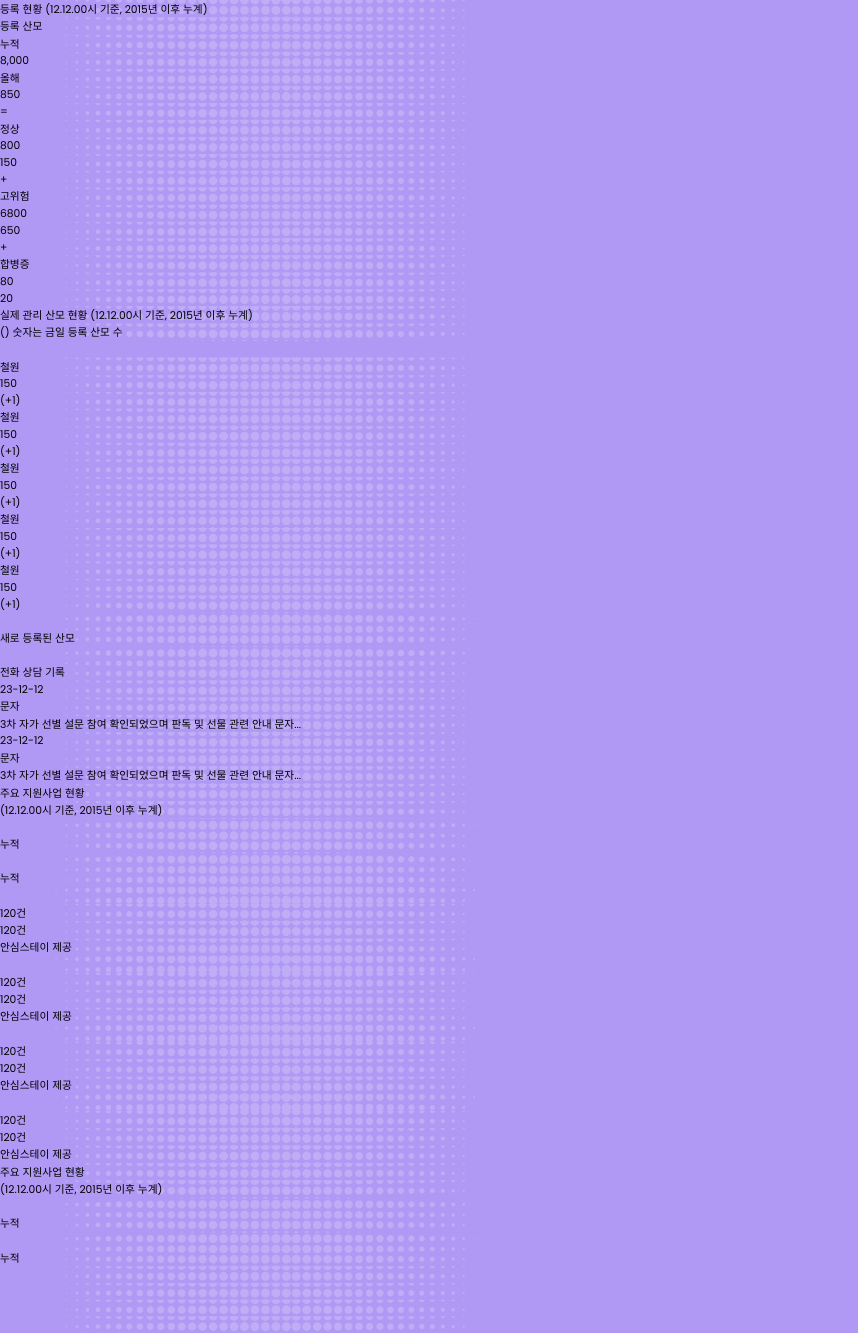
Repository: giapchicuong/Perganancy_Web
Page: index.html
These files come from the project's save history. The page is drawn as it stood at one moment and after the next save; the edit follows.
The browser window is 1280 px wide. The pictures show the whole page, at 67% of full size.

Above is the page before, as saved 2024-03-06 11:49:09.

### index.html
<!DOCTYPE html>
<html lang="en">

<head>
    <meta charset="UTF-8">
    <meta name="viewport" content="width=device-width, initial-scale=1.0">
    <title>Perganancy Web</title>
    <link rel="stylesheet" href="./assets/base.css">
    <link rel="stylesheet" href="./assets/style.css">
</head>

<body>
    <!-- .block -->
    <!-- .block__element -->
    <!-- .block__element--modifier -->
    <!-- card
    card__image
    card__description
    card__button--submit
    card__button--cancel -->
    <div class="app">
        <div class="main">
            <section class="advertising">
                <div class="advertising-left">
                    <div class="advertising-left__title">등록 현황 (12.12.00시 기준, 2015년 이후 누계)</div>
                    <div class="advertising-left__item-list">
                        <div class="advertising-left__item">
                            <div class="advertising-left__item-title">등록 산모</div>
                            <div class="advertising-left__item-desc">
                                <div class="advertising-left__item-desc-text">누적</div>
                                <div class="advertising-left__item-desc-number">8,000</div>
                            </div>
                            <div class="advertising-left__item-bottom">
                                <div class="advertising-left__item-bottom-text">올해</div>
                                <div class="advertising-left__item-bottom-number">850</div>
                            </div>
                            <div class="calculation">=</div>
                        </div>
                        <div class="advertising-left__item">
                            <div class="advertising-left__item-title">정상</div>
                            <div class="advertising-left__item-desc">
                                <div class="advertising-left__item-desc-number">800</div>
                            </div>
                            <div class="advertising-left__item-bottom">
                                <div class="advertising-left__item-bottom-number">150</div>
                            </div>
                            <div class="calculation">+</div>
                        </div>
                        <div class="advertising-left__item">
                            <div class="advertising-left__item-title">고위험</div>
                            <div class="advertising-left__item-desc">
                                <div class="advertising-left__item-desc-number">6800</div>
                            </div>
                            <div class="advertising-left__item-bottom">
                                <div class="advertising-left__item-bottom-number">650</div>
                            </div>
                            <div class="calculation">+</div>
                        </div>
                        <div class="advertising-left__item">
                            <div class="advertising-left__item-title">합병증</div>
                            <div class="advertising-left__item-desc">
                                <div class="advertising-left__item-desc-number">80</div>
                            </div>
                            <div class="advertising-left__item-bottom">
                                <div class="advertising-left__item-bottom-number">20</div>
                            </div>
                        </div>
                    </div>
                    <div class="advertising-left__title">실제 관리 산모 현황 (12.12.00시 기준, 2015년 이후 누계)</div>
                    <div class="advertising-left__desc">() 숫자는 금일 등록 산모 수</div>
                    <div class="advertising-left__map">
                        <img src="" alt="" class="advertising-left__map-image">
                        <div class="advertising-left__map-item-list-top">
                            <div class="advertising-left__map-item">
                                <div class="advertising-left__map-item-title">철원</div>
                                <div class="advertising-left__map-item-number">150</div>
                                <div class="advertising-left__map-item-desc">(+1)</div>
                            </div>
                            <div class="advertising-left__map-item">
                                <div class="advertising-left__map-item-title">철원</div>
                                <div class="advertising-left__map-item-number">150</div>
                                <div class="advertising-left__map-item-desc">(+1)</div>
                            </div>
                        </div>
                        <div class="advertising-left__map-item-list-center">
                            <div class="advertising-left__map-item">
                                <div class="advertising-left__map-item-title">철원</div>
                                <div class="advertising-left__map-item-number">150</div>
                                <div class="advertising-left__map-item-desc">(+1)</div>
                            </div>
                            <div class="advertising-left__map-item">
                                <div class="advertising-left__map-item-title">철원</div>
                                <div class="advertising-left__map-item-number">150</div>
                                <div class="advertising-left__map-item-desc">(+1)</div>
                            </div>
                        </div>
                        <div class="advertising-left__map-item-list-botom">
                            <div class="advertising-left__map-item">
                                <div class="advertising-left__map-item-title">철원</div>
                                <div class="advertising-left__map-item-number">150</div>
                                <div class="advertising-left__map-item-desc">(+1)</div>
                            </div>
                        </div>
                    </div>
                    <div class="advertising-left__box">
                        <div class="advertising-left__box-title">
                            <img src="" alt="" class="advertising-left__box-title-icon">
                            <div class="advertising-left__box-title-text">새로 등록된 산모</div>
                        </div>
                        <div class="advertising-left__box-message-list">
                            <div class="advertising-left__box-message-item">
                                <div class="advertising-left__box-message-item-date"></div>
                                <div class="advertising-left__box-message-item-text"></div>
                            </div>
                        </div>
                    </div>
                    <div class="advertising-left__box">
                        <div class="advertising-left__box-title">
                            <img src="" alt="" class="advertising-left__box-title-icon">
                            <div class="advertising-left__box-title-text">전화 상담 기록</div>
                        </div>
                        <div class="advertising-left__box-message-list">
                            <div class="advertising-left__box-message-item">
                                <div class="advertising-left__box-message-item-date">23-12-12</div>
                                <div class="advertising-left__box-message-item-name">문자</div>
                                <div class="advertising-left__box-message-item-text">3차 자가 선별 설문 참여 확인되었으며 판독 및 선물 관련 안내
                                    문자...</div>
                            </div>
                            <div class="advertising-left__box-message-item">
                                <div class="advertising-left__box-message-item-date">23-12-12</div>
                                <div class="advertising-left__box-message-item-name">문자</div>
                                <div class="advertising-left__box-message-item-text">3차 자가 선별 설문 참여 확인되었으며 판독 및 선물 관련 안내
                                    문자...</div>
                            </div>
                        </div>
                    </div>
                </div>
                <div class="advertising-right">
                    <div class="advertising-right-item">
                        <div class="advertising-right-item-top">
                            <div class="advertising-right-item-top-left">
                                <div class="advertising-right-item-top__title">주요 지원사업 현황</div>
                                <div class="advertising-right-item-top__desc">(12.12.00시 기준, 2015년 이후 누계)</div>
                            </div>
                            <div class="advertising-right-item-top-right">
                                <div class="advertising-right-item-top-item">
                                    <img src="" alt="" class="advertising-right-item-top-item__icon">
                                    <div class="advertising-right-item-top-item__text">누적</div>
                                </div>
                                <div class="advertising-right-item-top-item">
                                    <img src="" alt="" class="advertising-right-item-top-item__icon">
                                    <div class="advertising-right-item-top-item__text">누적</div>
                                </div>
                            </div>
                        </div>
                        <div class="advertising-right-item-card-list">
                            <div class="advertising-right-item-card">
                                <div class="advertising-right-item-card-provide">
                                    <img src="" alt="" class="advertising-right-item-card__image">
                                    <div class="advertising-right-item-card__image-number">
                                        <div class="advertising-right-item-card__image-number-large">120건</div>
                                        <div class="advertising-right-item-card__image-number-small">120건</div>
                                    </div>
                                </div>
                                <div class="advertising-right-item-card-content">안심스테이 제공</div>
                            </div>
                            <div class="advertising-right-item-card">
                                <div class="advertising-right-item-card-provide">
                                    <img src="" alt="" class="advertising-right-item-card__image">
                                    <div class="advertising-right-item-card__image-number">
                                        <div class="advertising-right-item-card__image-number-large">120건</div>
                                        <div class="advertising-right-item-card__image-number-small">120건</div>
                                    </div>
                                </div>
                                <div class="advertising-right-item-card-content">안심스테이 제공</div>
                            </div>
                            <div class="advertising-right-item-card">
                                <div class="advertising-right-item-card-provide">
                                    <img src="" alt="" class="advertising-right-item-card__image">
                                    <div class="advertising-right-item-card__image-number">
                                        <div class="advertising-right-item-card__image-number-large">120건</div>
                                        <div class="advertising-right-item-card__image-number-small">120건</div>
                                    </div>
                                </div>
                                <div class="advertising-right-item-card-content">안심스테이 제공</div>
                            </div>
                            <div class="advertising-right-item-card">
                                <div class="advertising-right-item-card-provide">
                                    <img src="" alt="" class="advertising-right-item-card__image">
                                    <div class="advertising-right-item-card__image-number">
                                        <div class="advertising-right-item-card__image-number-large">120건</div>
                                        <div class="advertising-right-item-card__image-number-small">120건</div>
                                    </div>
                                </div>
                                <div class="advertising-right-item-card-content">안심스테이 제공</div>
                            </div>
                        </div>
                    </div>
                    <div class="advertising-right-item">
                        <div class="advertising-right-item-top">
                            <div class="advertising-right-item-top-left">
                                <div class="advertising-right-item-top__title">주요 지원사업 현황</div>
                                <div class="advertising-right-item-top__desc">(12.12.00시 기준, 2015년 이후 누계)</div>
                            </div>
                            <div class="advertising-right-item-top-right">
                                <div class="advertising-right-item-top-item">
                                    <img src="" alt="" class="advertising-right-item-top-item__icon">
                                    <div class="advertising-right-item-top-item__text">누적</div>
                                </div>
                                <div class="advertising-right-item-top-item">
                                    <img src="" alt="" class="advertising-right-item-top-item__icon">
                                    <div class="advertising-right-item-top-item__text">누적</div>
                                </div>
                            </div>
                        </div>
                        <div class="advertising-right-item__btn-list">
                            <div class="advertising-right-item__btn-item">
                                <div class="advertising-right-item__btn">
                                    <img src="" alt="" class="advertising-right-item__btn-icon" />
                                    <div class="advertising-right-item__btn-text"></div>
                                    <div class="advertising-right-item__btn-notification"></div>
                                </div>
                                <div class="advertising-right-item__btn-content"></div>
                            </div>
                            <div class="advertising-right-item__btn-item">
                                <div class="advertising-right-item__btn">
                                    <img src="" alt="" class="advertising-right-item__btn-icon" />
                                    <div class="advertising-right-item__btn-text"></div>
                                    <div class="advertising-right-item__btn-notification"></div>
                                </div>
                                <div class="advertising-right-item__btn-content"></div>
                            </div>
                            <div class="advertising-right-item__btn-item">
                                <div class="advertising-right-item__btn">
                                    <img src="" alt="" class="advertising-right-item__btn-icon" />
                                    <div class="advertising-right-item__btn-text"></div>
                                    <div class="advertising-right-item__btn-notification"></div>
                                </div>
                                <div class="advertising-right-item__btn-content"></div>
                            </div>
                            <div class="advertising-right-item__btn-item">
                                <div class="advertising-right-item__btn">
                                    <img src="" alt="" class="advertising-right-item__btn-icon" />
                                    <div class="advertising-right-item__btn-text"></div>
                                    <div class="advertising-right-item__btn-notification"></div>
                                </div>
                                <div class="advertising-right-item__btn-content"></div>
                            </div>
                        </div>
                    </div>
                    <div class="advertising-right-item">
                        <div class="advertising-right-item-left">
                            <div class="advertising-right-item-left-text">
                                <div class="advertising-right-item-left__title"></div>
                                <div class="advertising-right-item-desc"></div>
                            </div>
                            <div class="advertising-right-item-number"></div>
                        </div>
                        <div class="advertising-right-item-right">

                        </div>
                    </div>
                    <div class="advertising-right-item">
                        <div class="advertising-right-item-message-list">
                            <div class="advertising-right-item-message-item">
                                <div class="advertising-right-item-message-text">
                                    <div class="advertising-right-item-message__title"></div>
                                    <div class="advertising-right-item-message__desc"></div>
                                </div>
                                <div class="advertising-right-item-message-number">
                                    <div class="advertising-right-item-message-number-icon"></div>
                                    <div class="advertising-right-item-message-number-text"></div>
                                    <div class="advertising-right-item-message-number-case"></div>
                                </div>
                            </div>
                            <div class="advertising-right-item-message-item">
                                <div class="advertising-right-item-message-text">
                                    <div class="advertising-right-item-message__title"></div>
                                    <div class="advertising-right-item-message__desc"></div>
                                </div>
                                <div class="advertising-right-item-message-number">
                                    <div class="advertising-right-item-message-number-icon"></div>
                                    <div class="advertising-right-item-message-number-text"></div>
                                    <div class="advertising-right-item-message-number-case"></div>
                                </div>
                            </div>
                        </div>
                    </div>
                </div>
            </section>
        </div>
    </div>
</body>

</html>

### assets/base.css
@import url('https://fonts.googleapis.com/css2?family=Poppins:ital,wght@0,100;0,200;0,300;0,400;0,500;0,600;0,700;0,800;0,900;1,100;1,200; 1.300;1.400;1.500;1.600;1.700;1.800;1.900&display=swap');

* {
    margin: 0;
    padding: 0;
    box-sizing: border-box;
    font-family: 'Poppins' , sans-serif;
    background-color: var(--secondary);
    background-image: url("./image/background-top.png");
    background-repeat: no-repeat;
    background-position: 10% 40%;
    /* background-size: cover;  */

}
:root {
    --primary: #644DAF;
    --secondary: #AF99F4;
    --purple: #E7E3FF;
    --lightPurple: #E6E6FA;
    --pink: #EF9C98;
    --white: #FFFFFF;
    --gray: #D8D8D8;
    --gray2: #EBEBEB;
    --gray3: #F4F4F4;
}

### assets/style.css
.advertising-left {

}

After the next save:
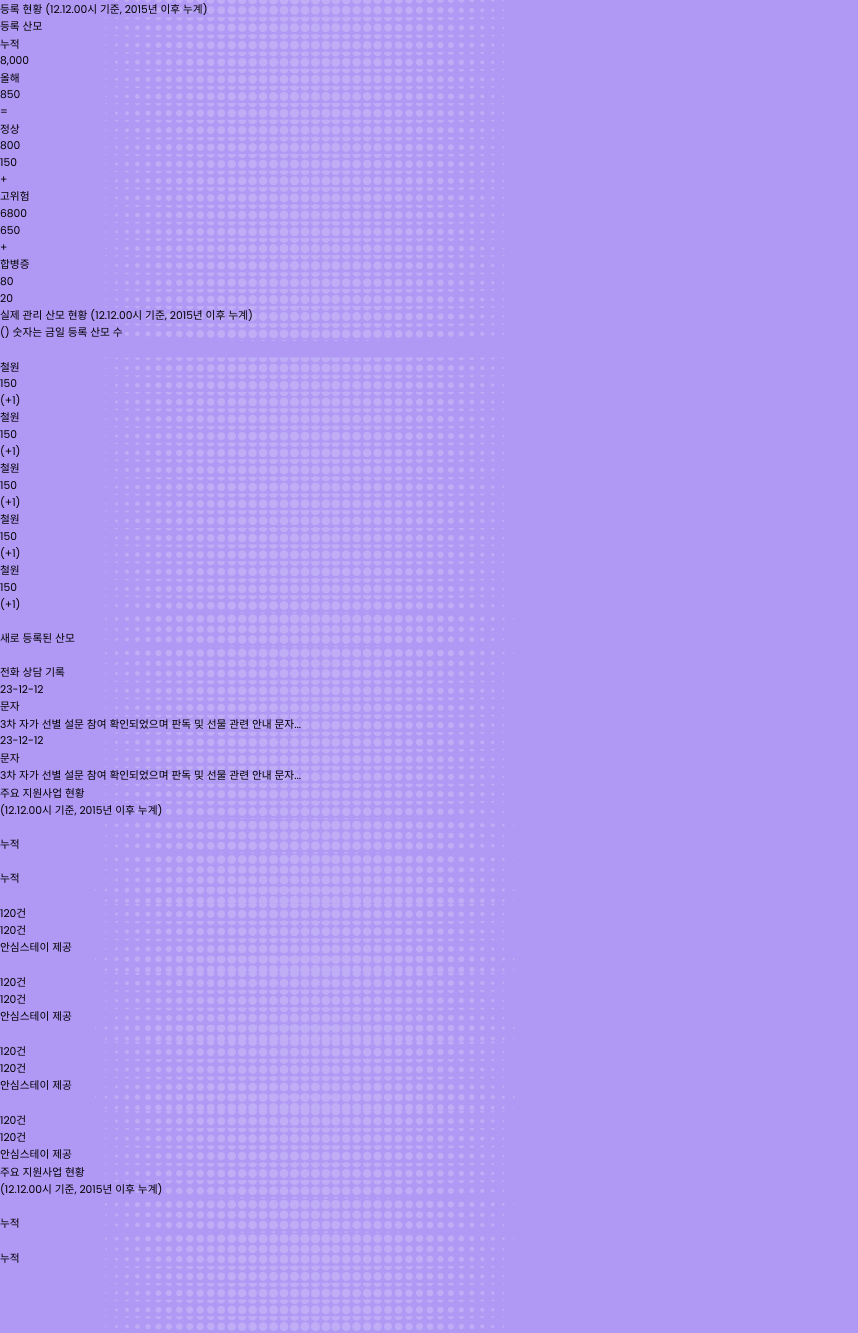
Saved 24 s later.
--- a/assets/base.css
+++ b/assets/base.css
@@ -8,7 +8,7 @@
     background-color: var(--secondary);
     background-image: url("./image/background-top.png");
     background-repeat: no-repeat;
-    background-position: 10% 40%;
+    background-position: 20% 40%;
     /* background-size: cover;  */
 
 }
